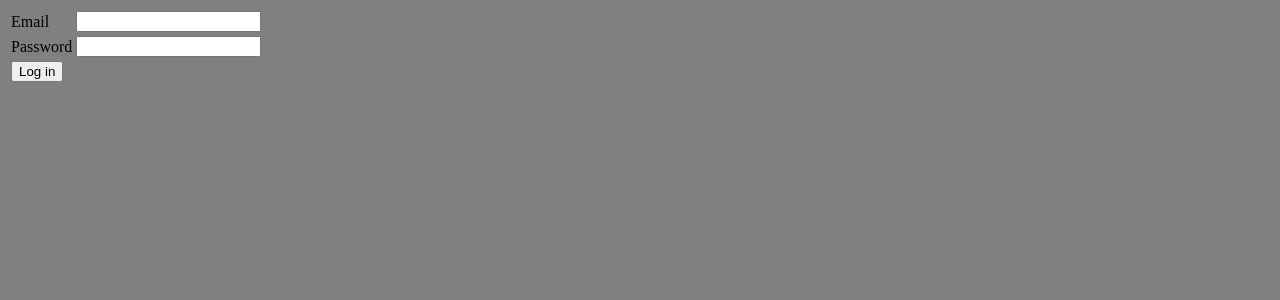
Repository: avchen0/Avensys
Page: Java/FirstProgram/src/main/webapp/changePwd.html
An editor plug-in stored every save of this project. The page is shown before and after the next save, followed by the edit.
The browser window is 1280 px wide. The pictures show the whole page.

Above is the page before, as saved 2021-08-06 02:51:03.

After the next save:
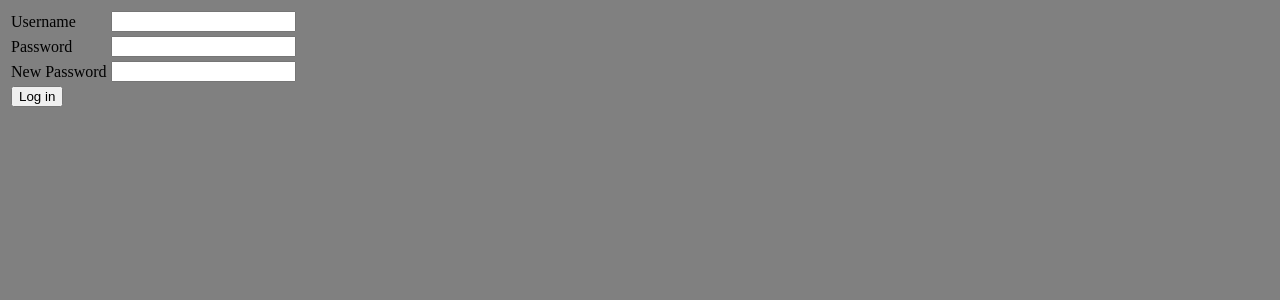
Saved 50 s later.
--- a/Java/FirstProgram/src/main/webapp/changePwd.html
+++ b/Java/FirstProgram/src/main/webapp/changePwd.html
@@ -8,10 +8,13 @@
 <form action="ChangePwd">
 	<table>
 		<tr>
-			<td>Email</td><td><input type="text" name="email"></td>
+			<td>Username</td><td><input type="text" name="un"></td>
 		</tr>
 		<tr>
 			<td>Password</td><td><input type="password" name="pwd"></td>
+		</tr>
+		<tr>
+			<td>New Password</td><td><input type="password" name="newpwd"></td>
 		</tr>
 		<tr>
 			<td><input type="submit" value="Log in"></td>
